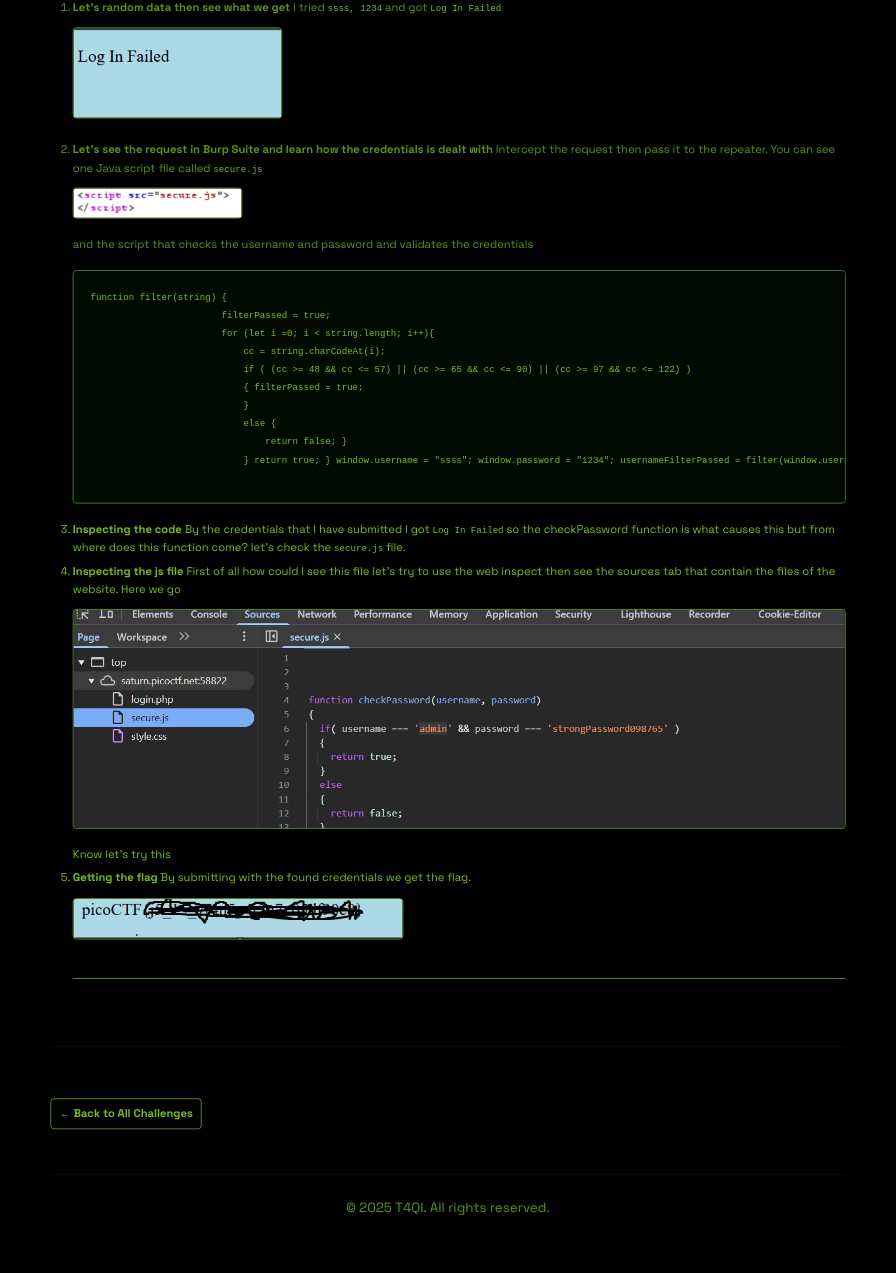
Repository: mohamedsoliman-tq/Website
Page: blogs/picoCTF/localauth.html
The author's editor kept a copy of each file at every save. The page is drawn from the files as they stood at one save, then again after a run of saves.
The browser window is 1280 px wide. The pictures show the part of the page from y = 1653 to 3573 px (the page is 3471 px tall before and 3573 px after), at 70% of full size.

Above is the page before, as saved 2025-03-13 01:55:05.

### blogs/picoCTF/localauth.html
<!DOCTYPE html>
<html>

<head>
    <meta charset="UTF-8">
    <meta name="viewport" content="width=device-width, initial-scale=1.0">
    <title>Bookmarklet</title>
    <link rel="stylesheet" href="/css/blog.css">
</head>

<body>
    <nav>
        <ul>
            <li><a href="/">Home</a></li>
            <li><a href="/Projects.html">Projects</a></li>
            <li><a href="/Blogs.html">Blog</a></li>
        </ul>
    </nav>
    <div class="container">
        <div class="section" id="local-authority---write-up">
            <h1>Local Authority - Write-Up</h1>

            <p><strong>Date:</strong> 12/03/2025 </p>
            <p><strong>Challenge Category:</strong> #Web-Security</p>
            <p>Platform: #picoCTF </p>
            <p><strong>Difficulty:</strong> #Easy</p>
            <p><strong>Status:</strong> #Solved </p>

            <hr>
        </div>
        <div class="section" id="problem-description">
            <h2>Problem Description</h2>

            <p>*Can you get the flag?</p>
            <p>Go to this <a href="http://saturn.picoctf.net:58822/" class="read-more">website</a> and see what you can
                discover.*</p>

            <p>- <strong>Target:</strong> http://saturn.picoctf.net:58822/</p>
            <p>- <strong>Goal:</strong> extract a flag</p>
            <p>- <strong>Initial Observations:</strong> A simple login page let's see what does it hide</p>

            <hr>

        </div>
        <div class="section" id="tools-used">
            <h2>Tools Used</h2>

            <p>- Burp Suite</p>
            <p>- Web Inspect</p>

            <hr>

        </div>
        <div class="section" id="solution-steps">
            <h2>Solution Steps</h2>


            <ol>
                <li><strong>Let's random data then see what we get</strong> I tried <code>ssss, 1234</code> and got
                    <code>Log In Failed</code><br><img src="pics/la1.png" alt="la1.png">
                </li>
                <li><strong>Let's see the request in Burp Suite and learn how the credentials is dealt with</strong>
                    Intercept the request then pass it to the repeater. You can see one Java script file called
                    <code>secure.js</code><br> <img src="pics/la2.png" alt="la2.png"> <br>and the script that checks the
                    username and password and validates the credentials
                    <pre><code>function filter(string) {
                        filterPassed = true;
                        for (let i =0; i < string.length; i++){
                            cc = string.charCodeAt(i);
                            if ( (cc >= 48 && cc <= 57) || (cc >= 65 && cc <= 90) || (cc >= 97 && cc <= 122) )
                            { filterPassed = true;
                            }
                            else {
                                return false; }
                            } return true; } window.username = "ssss"; window.password = "1234"; usernameFilterPassed = filter(window.username); passwordFilterPassed = filter(window.password); if ( usernameFilterPassed && passwordFilterPassed ) { loggedIn = checkPassword(window.username, window.password); if(loggedIn) { document.getElementById('msg').innerHTML = "Log In Successful"; document.getElementById('adminFormHash').value = "2196812e91c29df34f5e217cfd639881"; document.getElementById('hiddenAdminForm').submit(); } else { document.getElementById('msg').innerHTML = "Log In Failed"; } } else { document.getElementById('msg').innerHTML = "Illegal character in username or password." }
                </li>
                <li><strong>Inspecting the code</strong> By the credentials that I have submitted I got
                    <code>Log In Failed</code> so the checkPassword function is what causes this but from where
                    does this function come? let's check the <code>secure.js</code> file.
                </li>
                <li><strong>Inspecting the js file</strong> First of all how could I see this file let's try to
                    use the web inspect then see the sources tab that contain the files of the website. Here we
                    go
                    <img src="pics/la3.png" alt="Pasted image 20250312230932.png">
                    Know let's try this
                </li>
                <li><strong>Getting the flag</strong> By submitting with the found credentials we get the flag.
                    <br><img src="pics/la4.png" alt="Pasted image 20250312231319.png">
                    <hr>
                </li>
</ol></code></pre>
        </div>
        <div class="section">
            <a href="/blogs/picoCTF/picoCTF.html" class="read-more">← Back to All Challenges</a>
        </div>
        <footer>
            <p>&copy; 2025 T4QI. All rights reserved.</p>
        </footer>
    </div>
</body>

</html>

### css/blog.css
@import url('https://fonts.googleapis.com/css2?family=Space+Grotesk:wght@300;400;700&display=swap');

    :root {
        --primary-black: #000000;
        --green-accent: #78BE20;
        --dark-green: #5a9419;
    }

    * {
        margin: 0;
        padding: 0;
        box-sizing: border-box;
        font-family: 'Space Grotesk', sans-serif;
    }

    body {
        background-color: var(--primary-black);
        color: var(--green-accent);
        line-height: 1.6;
    }

    .container {
        max-width: 1200px;
        margin: 0 auto;
        padding: 2rem;
    }

    .section {
        padding: 4rem 0;
        border-bottom: 1px solid #001a00;
    }

    /* Navigation Styles */
    nav {
        background: rgba(0, 0, 0, 0.95);
        padding: 1rem;
        position: sticky;
        top: 0;
        border-bottom: 2px solid var(--green-accent);
        z-index: 100;
    }

    nav ul {
        display: flex;
        justify-content: space-around;
        list-style: none;
    }

    nav a {
        color: var(--green-accent);
        text-decoration: none;
        padding: 0.5rem 1rem;
        transition: all 0.3s;
    }

    nav a:hover {
        color: var(--dark-green);
        text-shadow: 0 0 10px var(--green-accent);
    }

    /* Hero Section Styles */
    .hero {
        text-align: center;
        padding: 4rem 0;
        background: linear-gradient(45deg, var(--primary-black), #001100);
    }

    h1, h2, h3, h4, h5, h6 {
        color: var(--green-accent);
        margin-bottom: 1rem;
    }

    h1 {
        font-size: 3.5rem;
        text-shadow: 0 0 15px var(--green-accent);
    }

    h2 {
        font-size: 2.5rem;
    }

    p {
        color: var(--dark-green);
        font-size: 1.2rem;
        margin-bottom: 1rem;
    }

    /* Code blocks */
    pre {
        background: #000a00;
        padding: 1.5rem;
        border-radius: 5px;
        border: 1px solid var(--green-accent);
        overflow-x: auto;
        margin: 1.5rem 0;
    }

    code {
        font-family: monospace;
        color: var(--green-accent);
    }

    /* List styling */
    ul, ol {
        margin-left: 2rem;
        margin-bottom: 1.5rem;
        color: var(--dark-green);
    }

    li {
        margin-bottom: 0.5rem;
    }

    /* Links */
    a {
        color: var(--green-accent);
        text-decoration: none;
        transition: all 0.3s;
    }

    a:hover {
        color: var(--dark-green);
        text-shadow: 0 0 10px var(--green-accent);
    }

    .read-more {
        display: inline-block;
        margin-top: 10px;
        padding: 8px 12px;
        font-size: 1rem;
        font-weight: bold;
        color: var(--green-accent);
        text-decoration: none;
        border: 1px solid var(--green-accent);
        border-radius: 5px;
        transition: all 0.3s ease;
    }

    .read-more:hover {
        background-color: var(--green-accent);
        color: var(--primary-black);
        box-shadow: 0 0 10px var(--green-accent);
    }

    /* Images */
    img {
        max-width: 100%;
        border: 1px solid var(--green-accent);
        border-radius: 5px;
        margin: 1rem 0;
    }

    /* Horizontal rule */
    hr {
        border: none;
        height: 1px;
        background-color: var(--green-accent);
        margin: 2rem 0;
    }

    /* Responsive adjustments */
    @media (max-width: 768px) {
        h1 {
            font-size: 2.5rem;
        }

        .container {
            padding: 1rem;
        }

        .section {
            padding: 2rem 0;
        }
    }

    footer {
        text-align: center;
        padding: 2rem;
        color: var(--green-accent);
    }
    .callout {
        padding: 1rem;
        margin: 1rem 0;
        border-radius: 5px;
        border-left: 4px solid #4b6bfb;
        background-color: rgba(75, 107, 251, 0.1);
    }
    .callout-title {
        font-weight: bold;
        margin-bottom: 0.5rem;
    }
    .callout-note { border-left-color: #4b6bfb; background-color: rgba(75, 107, 251, 0.1); }
    .callout-info { border-left-color: #0288d1; background-color: rgba(2, 136, 209, 0.1); }
    .callout-warning { border-left-color: #ffa726; background-color: rgba(255, 167, 38, 0.1); }
    .callout-danger { border-left-color: #ef5350; background-color: rgba(239, 83, 80, 0.1); }
    .callout-success { border-left-color: #66bb6a; background-color: rgba(102, 187, 106, 0.1); }
    .internal-link { color: #7c3aed; text-decoration: none; border-bottom: 1px dotted; }
    .internal-link:hover { text-decoration: underline; }
    mark { background-color: #fff176; padding: 0 2px; }
    .markdown-image { max-width: 100%; height: auto; display: block; margin: 1rem 0; }

After the next 4 saves:
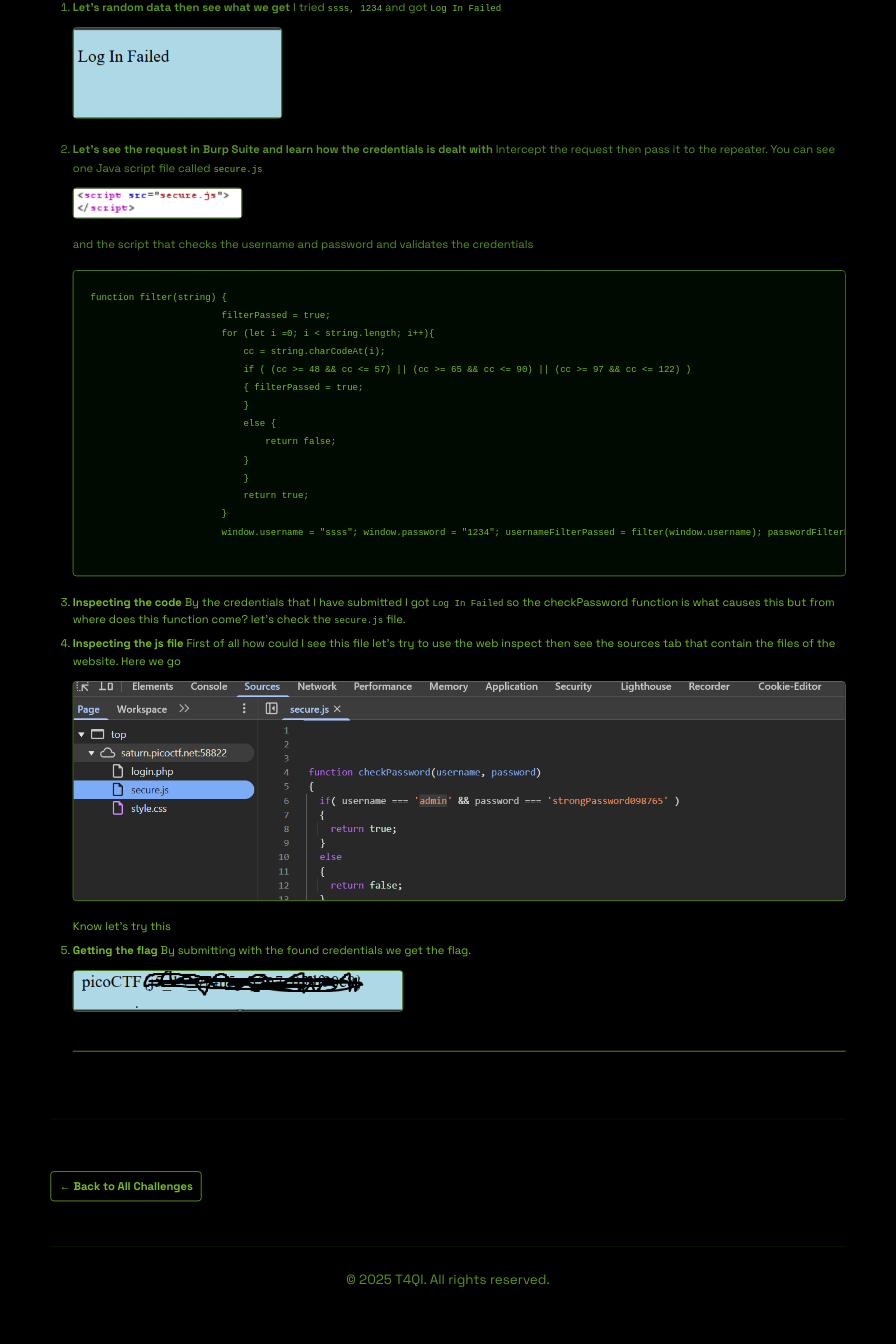
The 4 saves are shown as one change because they came seconds apart.
The last was saved 12 s later.
--- a/blogs/picoCTF/localauth.html
+++ b/blogs/picoCTF/localauth.html
@@ -71,8 +71,12 @@
                             { filterPassed = true;
                             }
                             else {
-                                return false; }
-                            } return true; } window.username = "ssss"; window.password = "1234"; usernameFilterPassed = filter(window.username); passwordFilterPassed = filter(window.password); if ( usernameFilterPassed && passwordFilterPassed ) { loggedIn = checkPassword(window.username, window.password); if(loggedIn) { document.getElementById('msg').innerHTML = "Log In Successful"; document.getElementById('adminFormHash').value = "2196812e91c29df34f5e217cfd639881"; document.getElementById('hiddenAdminForm').submit(); } else { document.getElementById('msg').innerHTML = "Log In Failed"; } } else { document.getElementById('msg').innerHTML = "Illegal character in username or password." }
+                                return false;
+                            }
+                            }
+                            return true;
+                        }
+                        window.username = "ssss"; window.password = "1234"; usernameFilterPassed = filter(window.username); passwordFilterPassed = filter(window.password); if ( usernameFilterPassed && passwordFilterPassed ) { loggedIn = checkPassword(window.username, window.password); if(loggedIn) { document.getElementById('msg').innerHTML = "Log In Successful"; document.getElementById('adminFormHash').value = "2196812e91c29df34f5e217cfd639881"; document.getElementById('hiddenAdminForm').submit(); } else { document.getElementById('msg').innerHTML = "Log In Failed"; } } else { document.getElementById('msg').innerHTML = "Illegal character in username or password." }
                 </li>
                 <li><strong>Inspecting the code</strong> By the credentials that I have submitted I got
                     <code>Log In Failed</code> so the checkPassword function is what causes this but from where
